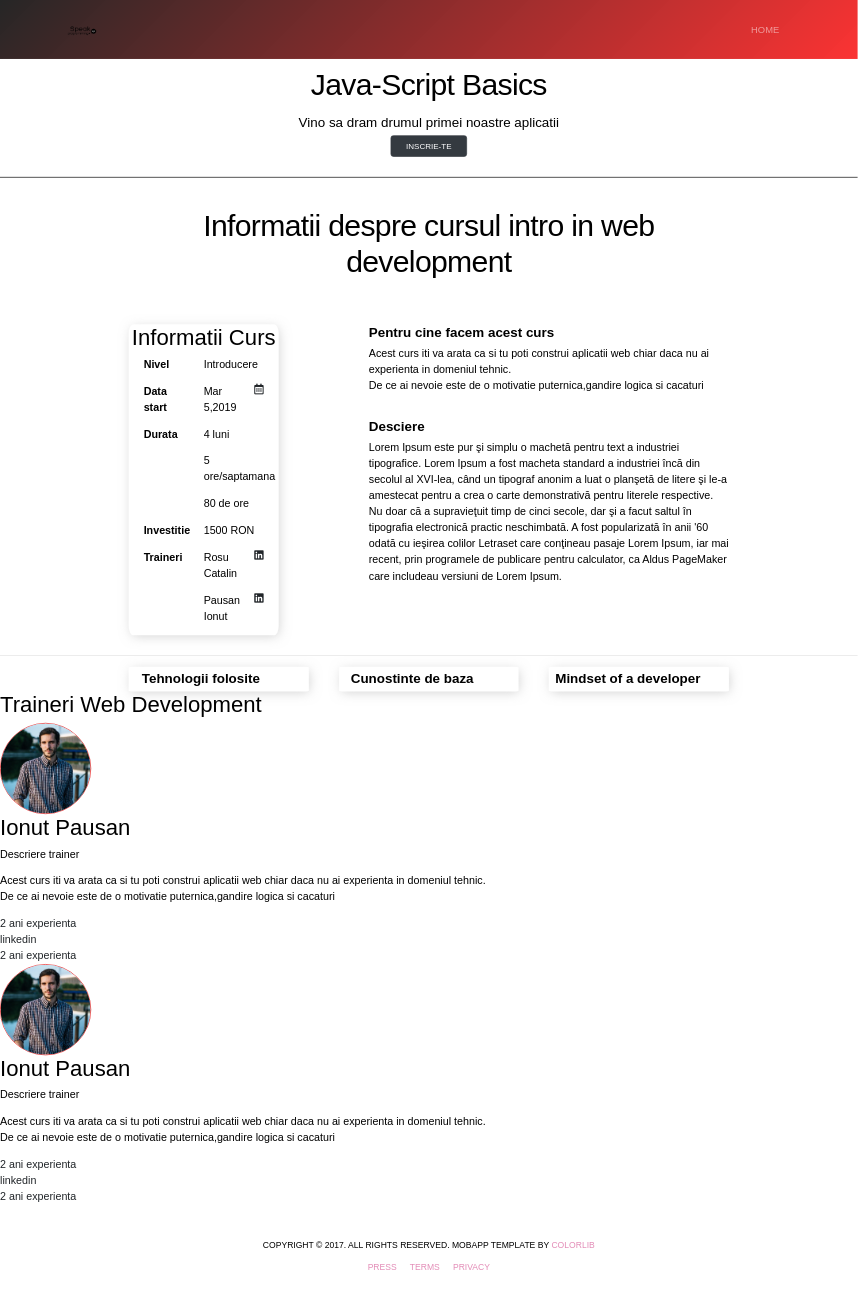
Repository: RosuCatalinDorin/ITSchool
Page: detaliiCurs/views/detalii-curs.html
These files come from the project's save history. The page is drawn as it stood at one moment and after the next save; the edit follows.
The browser window is 1280 px wide. The pictures show the whole page, at 67% of full size.
Some web libraries are served in a nearby version.

Above is the page before, as saved 2019-03-12 07:39:14.

### detaliiCurs/views/detalii-curs.html
<!doctype html>
<html lang="en">


<head>
    <title>Speak Programming</title>
    <!-- Required meta tags -->
    <meta charset="utf-8">
    <meta name="viewport" content="width=device-width, initial-scale=1, shrink-to-fit=no">
    <meta name="description" content="Mobland - Mobile App Landing Page Template">
    <meta name="keywords" content="HTML5, bootstrap, mobile, app, landing, ios, android, responsive">
    <!-- Font -->
    <link rel="stylesheet" href="https://use.fontawesome.com/releases/v5.7.2/css/all.css" integrity="sha384-fnmOCqbTlWIlj8LyTjo7mOUStjsKC4pOpQbqyi7RrhN7udi9RwhKkMHpvLbHG9Sr" crossorigin="anonymous">
    <link rel="dns-prefetch" href="//fonts.googleapis.com">
    <script src="//code.jquery.com/jquery-1.11.1.min.js"></script>
    <!-- Bootstrap CSS -->
    <link rel="stylesheet" href="../../css/bootstrap.min.css">
    <!-- Themify Icons -->
    <link rel="stylesheet" href="../../css/themify-icons.css">
    <!-- Owl carousel -->
    <link rel="stylesheet" href="../../css/owl.carousel.min.css">
    <link rel="stylesheet" href="../css/detalii-curs.css">
    <!-- Main css -->
    <link href="../../css/style.css" rel="stylesheet">
    <link rel="shortcut icon" href="../images/partea_de_susLogo.png"/>
    <!-- jQuery and Bootstrap -->
    <script src="../../js/jquery-3.2.1.min.js"></script>
    <script src="../../js/bootstrap.bundle.min.js"></script>
    <!-- Plugins JS -->
    <script src="../../js/owl.carousel.min.js"></script>
    <!-- Custom JS -->

</head>

<body data-spy="scroll" data-target="#navbar" data-offset="30">

<!-- Nav Menu -->
<div class="nav-menu fixed-top">
    <div class="container">
        <div class="row">
            <div class="col-md-12">
                <nav class="navbar navbar-dark navbar-expand-lg">
                    <a class="navbar-brand" href="../../home-page/index.html"><img src="../../images/logo_partea_deJos.png" height="43" width="43" class="img-fluid" alt="logo"></a> <button class="navbar-toggler" type="button" data-toggle="collapse" data-target="#navbar" aria-controls="navbar" aria-expanded="false" aria-label="Toggle navigation"> <span class="navbar-toggler-icon"></span> </button>
                    <div class="collapse navbar-collapse" id="navbar">
                        <ul class="navbar-nav ml-auto">
                            <li class="nav-item"> <a class="nav-link active" href="../../home-page/index.html">HOME <span class="sr-only">(current)</span></a> </li>
                        </ul>
                    </div>
                </nav>
            </div>
        </div>
    </div>
</div>

<!-- Header start -->

<header  class="header-detalii-curs">
        <h2 class="detalii-curs-titlu" id="cursTitle">Java-Script Basics</h2>
        <h4 class="detalii-curs-motto">Vino sa dram drumul primei noastre aplicatii</h4>
        <div class="detalii-curs-button-container">
            <button type="button" class="btn btn-dark">Inscrie-te</button>
        </div>
    </div>
</header>

<!-- Header ends -->

<!-- Info curs start -->
<section class="info-curs-container">
    <div class="info-title" >
        <h2>Informatii despre cursul intro in web development</h2>
    </div>
    <div class="info-curs-detalii" >
        <div class="informatii-curs-sumar">
            <h3>Informatii Curs</h3>
            <div class="informatii-curs-row">
                <div class="row-first-elem">
                    <p>Nivel</p>
                </div>
                <p class="row-second-elem">Introducere </p>
            </div>
            <div class="informatii-curs-row">
                <div class="row-first-elem">
                    <p>Data start</p>
                </div>
                <div class="row-second-elem">
                    <div class="trainer-linkedin">
                        <p>Mar 5,2019</p>
                        <i class="far fa-calendar-alt"></i>
                    </div>
                </div>
            </div>
            <div class="informatii-curs-row">
                <div class="row-first-elem">
                    <p>Durata</p>
                </div>
                <div class="row-second-elem">
                    <p>4 luni </p>
                    <p>5 ore/saptamana </p>
                    <p>80 de ore </p>
                </div>
            </div>
            <div class="informatii-curs-row">
                    <div class="row-first-elem">
                            <p> Investitie </p>
                        </div>

                <p class="row-second-elem">1500 RON</p>
            </div>
            <div class="informatii-curs-row">
                    <div class="row-first-elem">
                            <p>Traineri</p>
                        </div>

                <div class="row-second-elem">
                    <div class="trainer-linkedin">
                        <p>Rosu Catalin</p>
                        <i href="https://www.linkedin.com/in/ro%C8%99u-c%C4%83t%C4%83lin-dorin-872322112/" class="fab fa-linkedin"></i>
                    </div>
                    <div class="trainer-linkedin">
                        <p>Pausan Ionut</p>
                        <i class="fab fa-linkedin"></i>
                    </div>
                </div>
            </div>
        </div>
        <div class="descriere-curs">
            <!-- put text into variables -->
                <div class="descriere-cui-se-adreseaza">
                    <h4>Pentru cine facem acest curs</h4>
                    <p> Acest curs iti va arata ca si tu poti construi aplicatii web chiar daca nu ai experienta in domeniul tehnic.<br> De ce ai nevoie este de o motivatie puternica,gandire  logica si cacaturi </p>
                </div>
                <div class="descriere-">
                    <h4> Desciere</h4>
                    <p>Lorem Ipsum este pur şi simplu o machetă pentru text a industriei tipografice. Lorem Ipsum a fost macheta standard a industriei încă din secolul al XVI-lea, când un tipograf anonim a luat o planşetă de litere şi le-a amestecat pentru a crea o carte demonstrativă pentru literele respective. Nu doar că a supravieţuit timp de cinci secole, dar şi a facut saltul în tipografia electronică practic neschimbată. A fost popularizată în anii '60 odată cu ieşirea colilor Letraset care conţineau pasaje Lorem Ipsum, iar mai recent, prin programele de publicare pentru calculator, ca Aldus PageMaker care includeau versiuni de Lorem Ipsum.</p>
                </div>
        </div>
    </div>
</section>
<hr>
<!-- Info curs ends -->


<!-- PROGRAMA CURS START -->

<section class="programa-curs">
    <div class="programa-curs-row">
        <header class="programa-curs-header">
            <h4>Tehnologii folosite</h4>
            <i class="fab fa-linkedin"></i>
        </header>
    </div>
    <div class="programa-curs-row">
        <header class="programa-curs-header">
            <h4>Cunostinte de baza</h4>
            <i class="fab fa-linkedin"></i>
        </header>
    </div>
    <div class="programa-curs-row">
        <header class="programa-curs-header">
            <h4>Mindset of a developer</h4>
            <i class="fab fa-linkedin"></i>
        </header>
    </div>
</section>

<!-- PROGRAMA CURS ENDS -->

<!-- Trainer description start -->
<div class="DescriereTrainer">
        <div>
            <h3> Traineri Web Development</h3>
        </div>
        <div class="contentTrainerDetails">
            <div class="team-box-trainer">
                <div class="team-img">
                    <img src="../../images/pozaIonutPausan.jpg" class="rounded-circle" alt="Cinque Terre" width="136" height="136">
                </div>
                <div class="team-title-trainer ">
                    <h3>Ionut Pausan</h3>
                </div>
            </div>
            <div class="descriereTrainer">
                <p class="textOffset">Descriere trainer</p>
                <p> Acest curs iti va arata ca si tu poti construi aplicatii web chiar daca nu ai experienta in domeniul tehnic.<br> De ce ai nevoie este de o motivatie puternica,gandire  logica si cacaturi </p>
                <div class="repetClassStyle"><span>2 ani experienta</span></div>
                <div class="repetClassStyle"><span>linkedin</span></div>
                <div class="repetClassStyle" ><span>2 ani experienta</span></div>
            </div>
        </div>
        <div class="contentTrainerDetails">
            <div class="team-box-trainer">
                <div class="team-img">
                    <img src="../../images/pozaIonutPausan.jpg" class="rounded-circle" alt="Cinque Terre" width="136" height="136">
                </div>
                <div class="team-title-trainer ">
                    <h3>Ionut Pausan</h3>
                </div>
            </div>
            <div class="">

                <p>Descriere trainer</p>
                <p> Acest curs iti va arata ca si tu poti construi aplicatii web chiar daca nu ai experienta in domeniul tehnic.<br> De ce ai nevoie este de o motivatie puternica,gandire  logica si cacaturi </p>
                <div><span>2 ani experienta</span></div>
                <div ><span>linkedin</span></div>
                <div><span>2 ani experienta</span></div>
            </div>
        </div>
    </div>
<!-- Trainer description end -->


<footer class="my-5 text-center">
    <!-- Copyright removal is not prohibited! -->
    <p class="mb-2"><small>COPYRIGHT © 2017. ALL RIGHTS RESERVED. MOBAPP TEMPLATE BY <a href="https://colorlib.com">COLORLIB</a></small></p>

    <small>
        <a href="#" class="m-2">PRESS</a>
        <a href="#" class="m-2">TERMS</a>
        <a href="#" class="m-2">PRIVACY</a>
    </small>
</footer>


</body>

</html>

### detaliiCurs/css/detalii-curs.css
/* Header start */
.header-detalii-curs {
    border-bottom: 1px solid black;
}

.container-detalii-curs {
    text-align: center;
}

.detalii-curs-button-container{
    margin-bottom: 30px;
}
/* Header ends */

/* Info curs container start */
.info-curs-container {
    width: 70%;
    margin: auto;
}

.info-title{
    padding-top: 45px;
    padding-bottom: 50px;
    height: auto;
}

.info-title h2{
    text-align: center;
}

    /* DETALII CURS -START */
.info-curs-detalii{
    display: flex;
    justify-content: space-between;
    margin-bottom: 30px;
}

.informatii-curs-sumar{
    width: 25%;
    -webkit-box-shadow: 2px 3px 18px -2px rgba(186,186,186,0.68);
    -moz-box-shadow: 2px 3px 18px -2px rgba(186,186,186,0.68);
    box-shadow: 2px 3px 18px -2px rgba(186,186,186,0.68);
    border-radius: 3%;
}

.informatii-curs-sumar h3 {
    text-align: center;
}

.informatii-curs-row{
    /* font size-font-style */
    display: flex;
}

.row-first-elem{
    font-weight: bold;
    width: 30%;
    padding-left: 10%;
}

.row-second-elem {
    width:60%;
    text-align: start;
    padding-left: 20%;
  }

.trainer-linkedin{
    display: flex;
    justify-content: space-between;
}
/* DETALII CURS -END */

/* DESCRIERE CURS START */
.descriere-curs{
    width: 60%;
}

.descriere-curs h4{
    font-weight: bold;
}

.descriere-cui-se-adreseaza{
    padding-bottom: 20px;
}

/* DESCRIERE CURS ENDS */

/* Info curs container ends */


/* PROGRAMA CURS START */

.programa-curs{
    margin: auto;
    display: flex;
    width: 70%;
    justify-content: space-between;
}

.programa-curs-row{
    width: 30%;
    color: black;
    -webkit-box-shadow: 2px 3px 18px -2px rgba(186,186,186,0.68);
    -moz-box-shadow: 2px 3px 18px -2px rgba(186,186,186,0.68);
    box-shadow: 2px 3px 18px -2px rgba(186,186,186,0.68);
    border-radius: 3%;
}

.programa-curs-header {
    padding-top: 5px;
    display: flex;
    margin:auto;
    justify-content: space-around;
}

.programa-curs-header h4{
    padding: 0;
    font-weight: bold;
}

/* PROGRAMA CURS ENDS */

Loaded but not shown: css/bootstrap.min.css (library); css/themify-icons.css (common file); css/owl.carousel.min.css (library); js/jquery-3.2.1.min.js (library); js/bootstrap.bundle.min.js (library); js/owl.carousel.min.js (library); css/style.css (723 lines, source omitted)

After the next save:
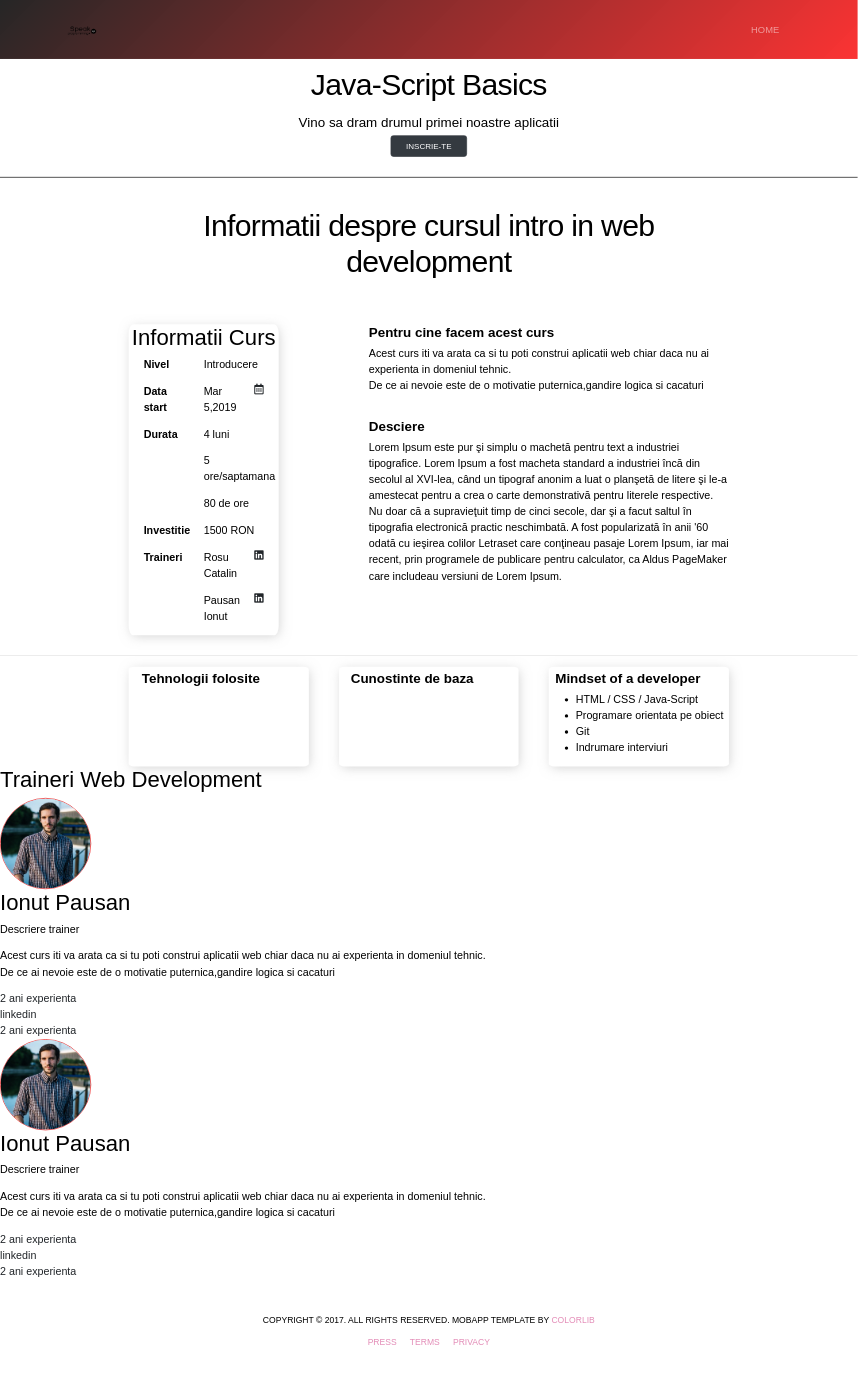
Saved 85 s later.
--- a/detaliiCurs/views/detalii-curs.html
+++ b/detaliiCurs/views/detalii-curs.html
@@ -161,6 +161,12 @@
             <h4>Mindset of a developer</h4>
             <i class="fab fa-linkedin"></i>
         </header>
+        <ul>
+            <li>HTML / CSS / Java-Script</li>
+            <li>Programare orientata pe obiect</li>
+            <li>Git</li>
+            <li>Indrumare interviuri</li>
+        </ul>
     </div>
 </section>
 
